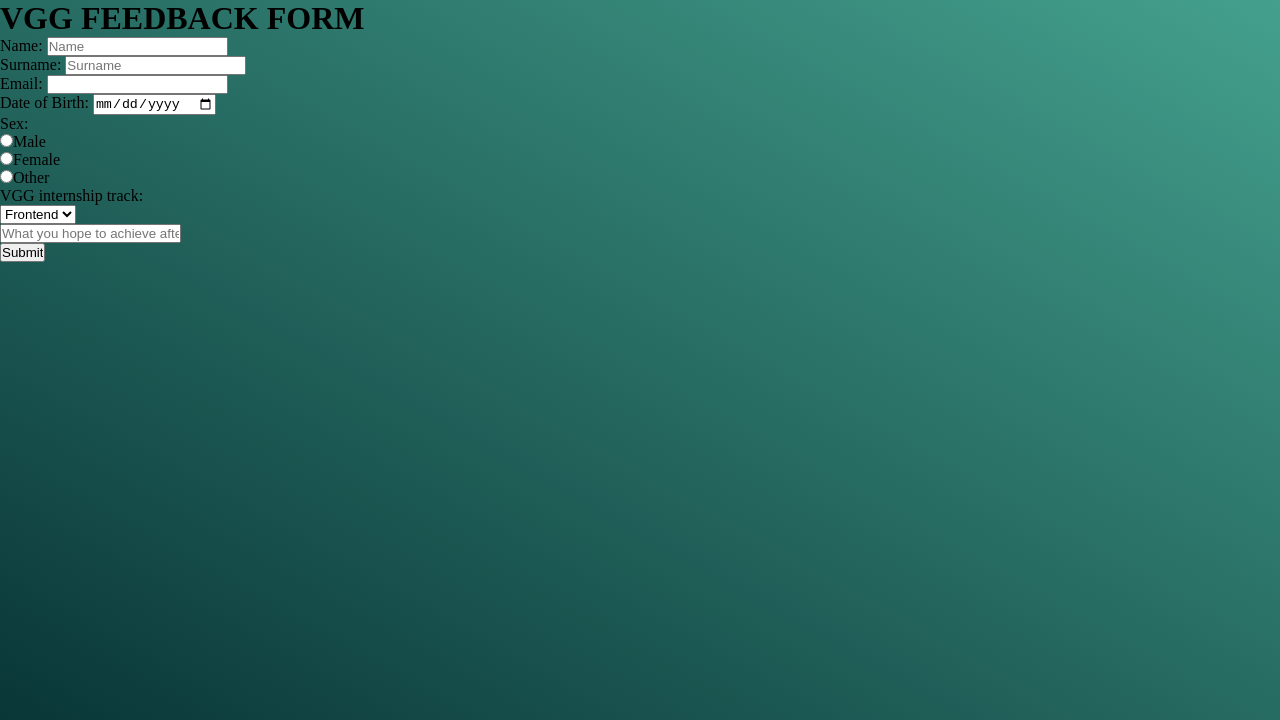
Repository: iphyokafor/VGG-Feedback-form
Page: index.html
These files come from the project's save history. The page is drawn as it stood at one moment and after the next save; the edit follows.
The browser window is 1280 px wide. The pictures show the whole page.

Above is the page before, as saved 2020-01-12 20:24:33.

After the next save:
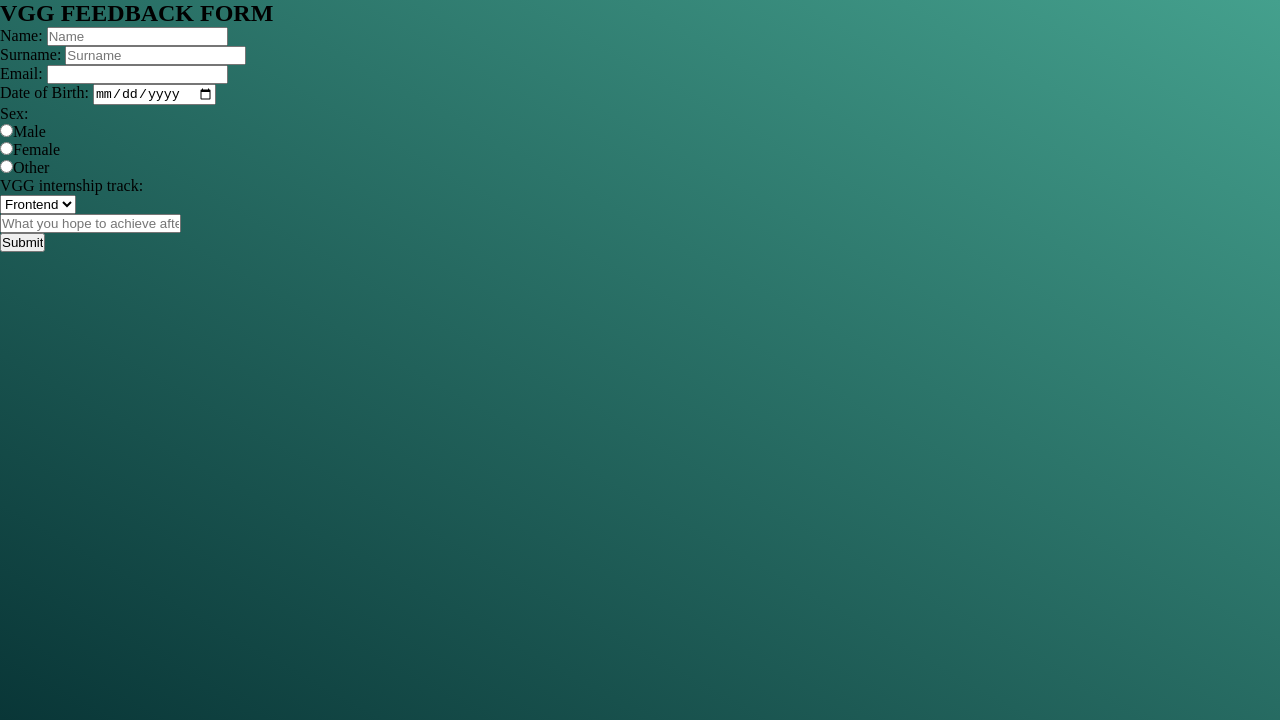
Saved 25 s later.
--- a/index.html
+++ b/index.html
@@ -11,7 +11,7 @@
 
 <body>
     <div>
-        <h1>VGG FEEDBACK FORM</h1>
+        <h2>VGG FEEDBACK FORM</h2>
         <form>
             Name: <input type="text" placeholder="Name"><br> Surname: <input type="text" placeholder="Surname"><br> Email: <input type="email" required><br> Date of Birth: <input type="date" name="Date of Birth"><br> Sex:
             <br>
